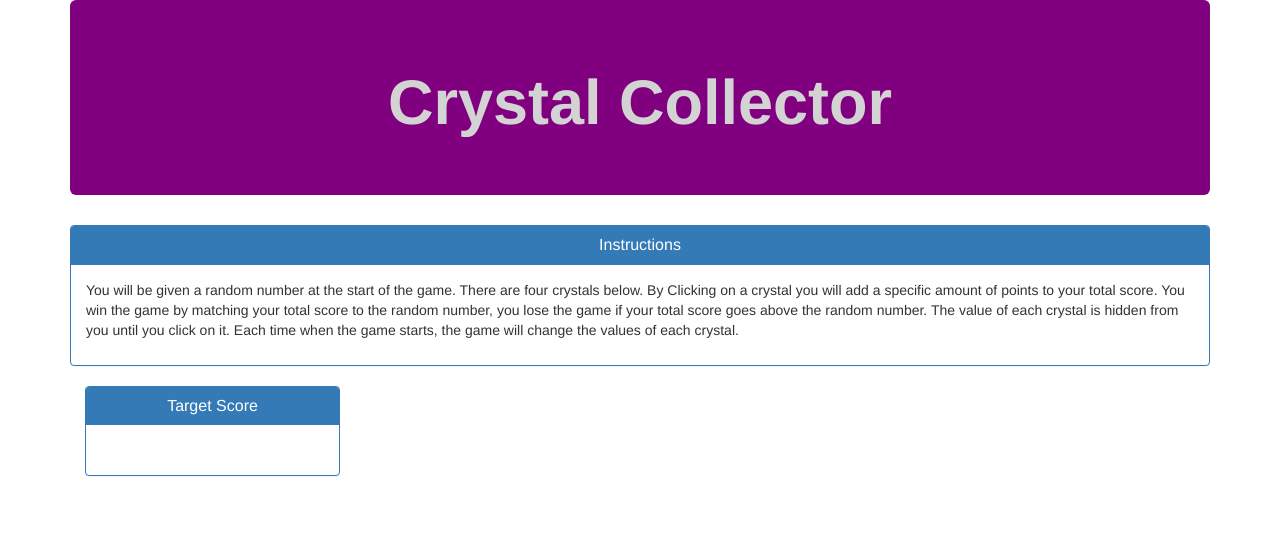
Repository: mikecherry1/week-4-game
Page: index.html
An editor plug-in stored every save of this project. The page is shown before and after the next save, followed by the edit.
The browser window is 1280 px wide. The pictures show the whole page.

Above is the page before, as saved 2017-11-19 18:32:52.

After the next save:
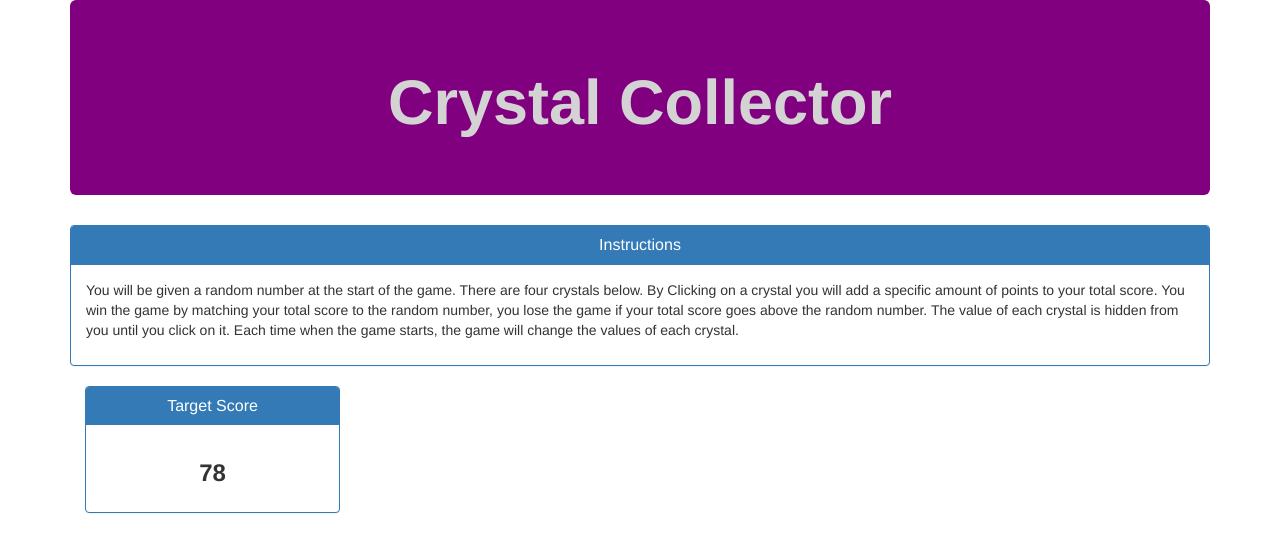
Saved 34 s later.
--- a/index.html
+++ b/index.html
@@ -41,7 +41,7 @@
                 <h3 class="panel-title text-center">Target Score</h3>
             </div>
             <div class="panel-body">
-                <h3
+                <h3 class="text-center"><strong>78</strong></h3>
 
             </div>
 
